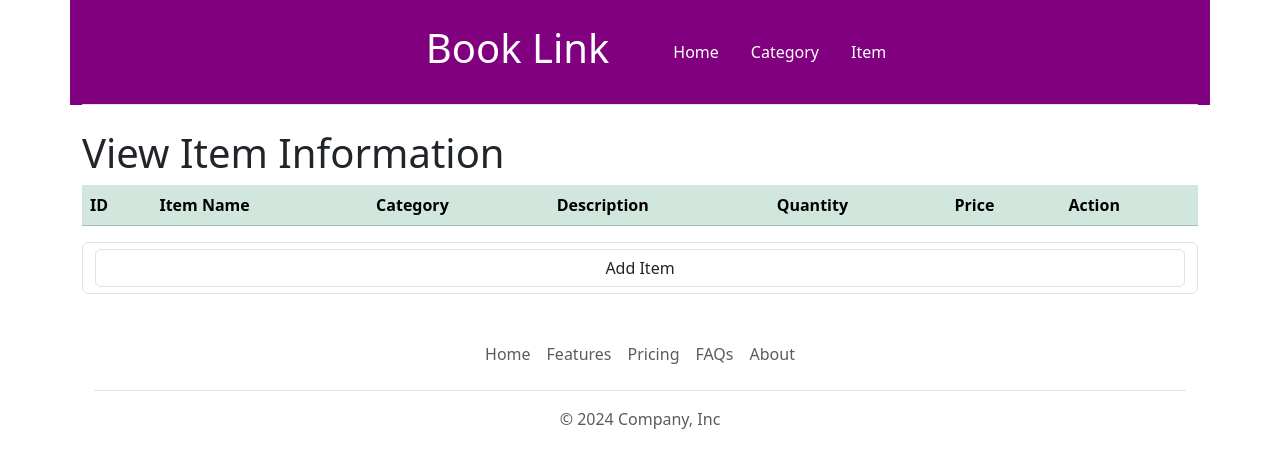
Repository: nyeinsu4520/coursera-test
Page: http://localhost/view_items
The author's editor kept a copy of each file at every save. The page is drawn from the files as they stood at one save, then again after the next save.
The browser window is 1280 px wide. The pictures show the whole page.
Some web fonts or font styles are not loaded; a fallback is used. The page is this project's Thymeleaf template; nobody is signed in. The template is opened directly, without the code that normally fills it, so the values that code supplies are empty.

Above is the page before, as saved 2024-05-28 08:08:30.

After the next save:
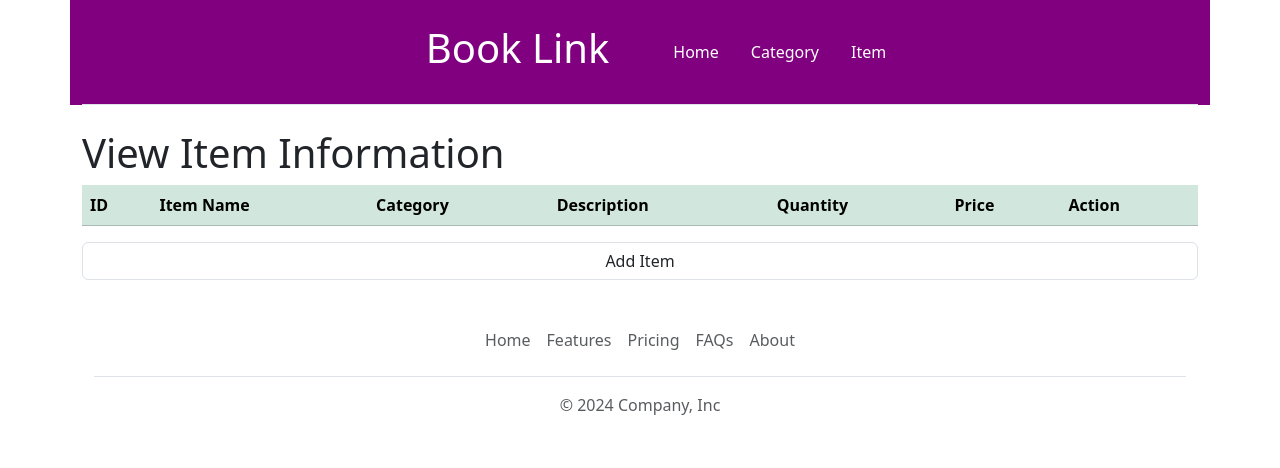
Saved 8 s later.
--- a/BookLink/src/main/resources/templates/view_items.html
+++ b/BookLink/src/main/resources/templates/view_items.html
@@ -38,7 +38,7 @@
 
 	</table>
 
-	<form class="form-control" th:action="@{/add}" method="get">
+	<form th:action="@{/add}" method="get">
 	<input class="form-control" type="submit" value="Add Item">
 	</form>
 
